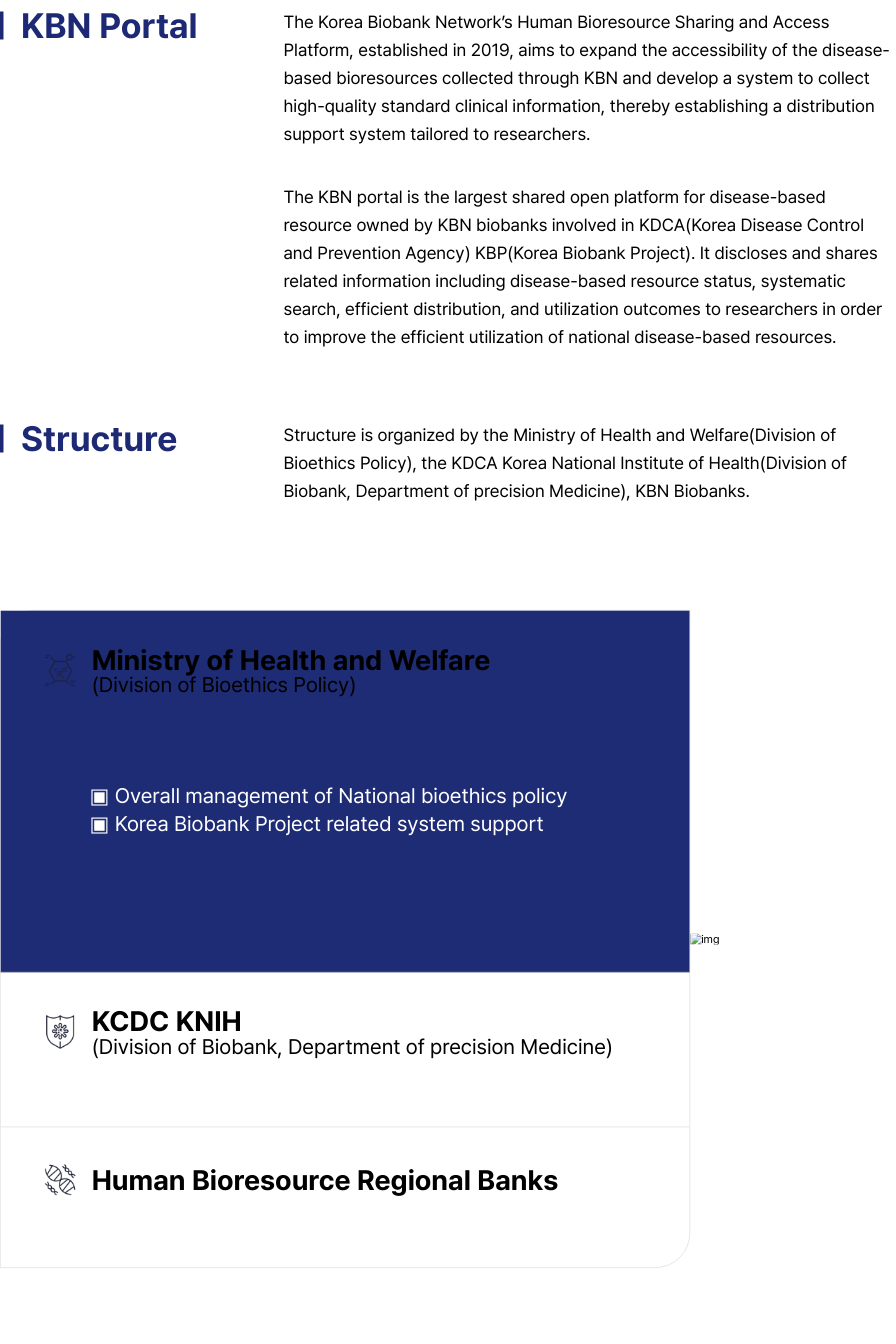
Repository: dlgywls1130/kbn_makedit
Page: index.html
The author's editor kept a copy of each file at every save. The page is drawn from the files as they stood at one save, then again after the next save.
The browser window is 1280 px wide. The pictures show the part of the page from y = 1108 to 3028 px (the page is 5507 px tall), at 70% of full size.
After loading, the first visible `div.accordion-item` was clicked once.
Some web libraries are served in a nearby version.

Above is the page before, as saved 2023-10-15 16:29:39.

### index.html
<!DOCTYPE html>
<html lang="en">
<head>
    <meta charset="UTF-8">
    <meta name="viewport" content="width=device-width, initial-scale=1.0">
    <title>KBN</title>

    <link rel="stylesheet" href="./css/reset.css">
    <link rel="stylesheet" href="./css/style.css">

    <!-- slick css -->
    <link rel="stylesheet"  type="text/css" href="./css/slick.css">

</head>
<body>

    <!-- header -->
    <header>
        <div class="header_wrapper">
            <div class="header_logo">
                <img src="./image/logo.png" alt="logo">
            </div>
            <ul class="nav_list">
                <li><a href="#about"> About us</a></li>
                <li><a href="#kbn">KBN</a></li>
                <li><a href="#sample">Sample status</a></li>
                <li><a href="#distribution">Distribution procedure</a></li>
                <li><a href="#biobanks">KBN Biobanks</a></li>
            </ul>
            <div class="header_en">
                <div class="en_icon">
                    <img src="./image/language.png" alt="icon">
                </div>
                <p>EN</p>
            </div>
        </div>

    </header>


    <!-- main banner -->
    <section>
        <div class="main_banner">
            <div class="slide_wrap">
                <div class="slide_list first-slide">
                    <div class="slide_content">
                        <h2 class="slide_title">
                            The Biggest Disease-based
                            <Br>Human Biobank Network of Korea
                        </h2>
                        <p class="slide_sub">
                            KBN, the largest biobank network in korea, collects, manages, and holds disease-based
                            <Br>human bioresources, i.e. various samples of more than 600,000 individuals.
                        </p>
                    </div>
                </div>
                <div class="slide_list second-slide">
                    <div class="slide_content">
                        <h2 class="slide_title">
                            KBN Distribution Support Center
                        </h2>
                        <p class="slide_sub">
                            The Center provides human bioresources, and clinical and epidemiological information
                            <Br> held by KBN biobanks nationwide and actively supports the distribution.

                        </p>
                    </div>
                </div>
                <div class="slide_list three-slide">

                    <div class="slide_content">
                        <h2 class="slide_title">
                            KBN Provides On-line Searching Database
                            <Br>and Operates Distribution Support Center
                        </h2>
                        <p class="slide_sub">
                            Researchers conduct KBN human bioresource search, while the distribution support
                            <Br>center provides services customized to individual users.
                        </p>
                    </div>
                </div>
            </div>
        </div>
    </section>

    <!-- about us -->
    <section id="about">
        <div class="about_wrap">
            <div class="content_width">
                <h2 class="section_title">About us</h2>
            </div>

            <div class="about-us">
                <div class="about_content">
                    <div class="content_list mb-100">
                        <div class="list_main">
                            KBN Portal
                        </div>
                        <div class="list_descript">
                            <p class="mb-50">The Korea Biobank Network’s Human Bioresource Sharing and Access Platform, established in 2019, aims
                            to expand the accessibility of the disease-based bioresources collected through KBN and develop a
                            system to collect high-quality standard clinical information, thereby establishing a distribution support
                            system tailored to researchers.</p>

                            <p>The KBN portal is the largest shared open platform for disease-based resource owned by KBN biobanks
                            involved in KDCA(Korea Disease Control and Prevention Agency) KBP(Korea Biobank Project).
                            It discloses and shares related information including disease-based resource status, systematic search,
                            efficient distribution, and utilization outcomes to researchers in order to improve the efficient utilization of
                            national disease-based resources.</p>
                        </div>
                    </div>
                    <div class="content_list">
                        <div class="list_main">
                            Structure
                        </div>
                        <div class="list_descript">
                            <p>Structure is organized by the Ministry of Health and Welfare(Division of Bioethics Policy), the KDCA Korea
                                National Institute of Health(Division of Biobank, Department of precision Medicine), KBN Biobanks.</p>
                        </div>
                    </div>
                </div>
                <div class="about_acodian">
                    <div class="acodian_list">
                        <div class="accordion-item">
                            <h3 class="title">
                                <div class="acodian_icon">
                                    <img src="./image/about_ico1.png" alt="icon">
                                </div>
                                <p>Ministry of Health and Welfare
                                    <span>(Division of Bioethics Policy)</span>
                                </p>

                            </h3>
                            <div class="paragraph">
                                <p>▣ Overall management of National bioethics policy</p>
                                <p>▣ Korea Biobank Project related system support</p>
                            </div>
                        </div>
                        <div class="accordion-item">
                            <h3 class="title">
                                <div class="acodian_icon">
                                    <img src="/image/about_ico2.png" alt="icon">
                                </div>
                                <p>KCDC KNIH
                                    <span>(Division of Biobank, Department of precision Medicine)</span>
                                </p>

                            </h3>
                            <div class="paragraph">
                                <p>▣ KBN management (National Biobank of Korea management)</p>
                                <p>▣ Collection, management, and distribution of large-scale population-based human bioresources </p>
                                <p>▣ Human bioresource management standardization and technology development</p>
                            </div>
                        </div>
                        <div class="accordion-item">
                            <h3 class="title">
                                <div class="acodian_icon">
                                    <img src="/image/about_ico3.png" alt="icon">
                                </div>
                                <p>Human Bioresource Regional Banks</p>

                            </h3>
                            <div class="paragraph">
                                <p>▣ Collection · management · distribution of disease-based human bioresources</p>
                                <p>▣ Organiztion and operation of Korea Biobank Council</p>
                            </div>
                        </div>
                    </div>
                    <div class="acodian_circle">
                        <img src="" alt="img">
                    </div>
                </div>
            </div>
        </div>

    </section>

    <!-- kbn -->

    <section id="kbn">
        <div class="kbn_wrap">
            <div class="content_width">
                <h2 class="section_title">KBN <span>(Korea Biobank Network)</span></h2>
            </div>
            <div class="kbn_content">
                <div class="content_list">
                    <div class="list_main">
                        Korea Biobank Project
                    </div>
                    <div class="list_descript">
                        <p>In 2021, Korea Biobank Project(KBP) Phase 4. The KBN reorganized as a pan-national system with the
                            selection of new biobank partners.
                            </p>

                        <p>The Phase 4 Project include initiative of collaborative subnetworks for specific disease-targeted future
                            biobanking(n=10) and biobank innovation consortia for biomedical and healthcare research(n=2).
                            </p>
                    </div>
                </div>
                <div class="kbn_guidance_wrap">

                </div>
            </div>
        </div>

    </section>

    <!-- sample -->

    <section id="sample">
        <div class="sample_wrap">
            <div class="content_width">
                <h2 class="section_title">Sample status <span>(as of December 31, 2022)</span></h2>
            </div>
            <div class="sample_content">
                <div class="sample_list">
                    <div class="sample_list_left">
                        <div class="sample_list_icon">
                            <img src="" alt="img">
                        </div>
                        <div class="sample_list_title">
                            Current Situation
                        </div>
                    </div>
                    <div class="sample_list_right">
                        <div class="right_span">
                            <span>participants</span>
                            <p>663,254</p>
                        </div>
                        <div class="right_span">
                            <span>vials</span>
                            <p>9,062,621</p>
                        </div>
                    </div>
                </div>
                <div class="sample_list">
                    <div class="sample_list_left">
                        <div class="sample_list_icon">
                            <img src="" alt="img">
                        </div>
                        <div class="sample_list_title">
                            Distribution
                        </div>
                    </div>
                    <div class="sample_list_right">
                        <div class="right_span">
                            <span>studies</span>
                            <p>3215</p>
                        </div>
                    </div>
                </div>
                <div class="sample_list">
                    <div class="sample_list_left">
                        <div class="sample_list_icon">
                            <img src="" alt="img">
                        </div>
                        <div class="sample_list_title">
                            Utilization
                        </div>
                    </div>
                    <div class="sample_list_right">
                        <div class="right_span">
                            <span>papers</span>
                            <p>948</p>
                        </div>
                        <div class="right_span">
                            <span>patents</span>
                            <p>116</p>
                        </div>
                    </div>
                </div>
            </div>
        </div>

    </section>

    <!-- Distribution  -->
    <section id="distribution">
        <div class="distribution_wrap">
            <div class="content_width">
                <h2 class="section_title white">Distribution procedure</h2>
            </div>
            <div class="distribution_about">
                <div class="content_list">
                    <div class="list_main">
                        Procedure
                    </div>
                    <div class="list_descript">
                        <p>KBN Human bioresources application procedure for distribution.</p>

                        <p>KBN distributes the collected human bioresources to researchers for domestic healthcare R&D.
                            For access to, researcher(s) residing in Korea and carrying out a research project that has obtained IRB
                            approval(or exemption) can apply for access to human bioresource distribution, and if approved by the
                            Access and Sharing Committee, the bioresources are released.
                        </p>
                    </div>
                </div>
                <div class="text_slide">

                </div>
            </div>
        </div>
    </section>

    <!-- Biobanks  -->
    <section id="biobanks">
        <div class="biobank_wrap">
            <div class="content_width">
                <h2 class="section_title">KBN Biobanks <span>- targeted diseases</span></h2>
            </div>
            <div class="biobank_content">
                <div class="biobank_tab">

                </div>

            </div>
        </div>

    </section>

    <!-- logo slide -->
    <section>
        <div class="logo_loop">

        </div>
    </section>

    <!-- footer -->
    <footer>
        <div class="footer_wrap">
            <div class="footer_left">
                <h3 class="footer_title">
                    CONTACT US
                </h3>

                <div class="footer_contain">
                    <ul>
                        <li class="footer_text">kbnysvc@gmail.com</li>
                        <li class="footer_phone">+82 -31-546-2715</li>
                        <li class="footer_text">Monday-Friday 8:30am ~ 5:30pm</li>
                        <li class="footer_text">(Saturday and Sunday, Holidays : ClOSED)</li>
                    </ul>
                    <ul>
                        <li><img src="" alt="icon"></li>
                        <li><img src="" alt="icon"></li>
                    </ul>
                </div>

                <p>Yongin Severance Hospital 363, Dongbaekjukjeon-daero, Giheung-gu, Yongin-si, Gyeonggi-do 16995, Republic of Korea</p>
            </div>

            <div class="footer_right">
                <div class="right_top">
                    <h3 class="footer_title">
                        SOCIAL LINKS
                    </h3>
                    <div class="footer_sns">
                        <a href="" class="link_sns">
                            <img src="" alt="sns">
                        </a>
                        <a href="" class="link_sns">
                            <img src="" alt="sns">
                        </a>
                        <a href="" class="link_sns">
                            <img src="" alt="sns">
                        </a>

                    </div>
                </div>
                <div class="right_bottom">
                    <h3 class="footer_title">
                        RELATED SITE
                    </h3>
                    <div class="link_site">
                        <a href="" class="site_link">
                            <img src="" alt="link">
                        </a>
                        <a href="" class="site_link">
                            <img src="" alt="link">
                        </a>

                    </div>
                </div>

            </div>
        </div>
        <div class="footer_copy">
            <p>YONSEI UNIVERSITY, YONGIN SEVERANCE HOSPITAL. ALL RIGHTS RESERVED </p>
            <div class="copy_right">
                <p>Personal information processing policy</p>
                <p>Terms and Conditions</p>
            </div>
        </div>
    </footer>


    <script type="text/javascript" src="//code.jquery.com/jquery-1.11.0.min.js"></script>
    <script src="./js/slick.min.js"></script>
    <script src="./js/main.js"></script>
</body>
</html>

### css/style.css
:root{
    --main-text:#1D2974;
    --black-text:#000;
}


/* common */

body{
    font-family: 'pretendard',sans-serif ;
}

/* font */
@font-face {
    font-family: pretendard;
    src: url('/font/Pretendard-Regular.woff2') format('woff2'),
    url('/font/Pretendard-Regular.woff') format('woff'),
    url('/font/Pretendard-Regular.ttf') format('ttf'),
    url('/font/Pretendard-Regular.otf') format('otf');
    font-weight: 400;
}

@font-face {
    font-family: pretendard;
    src: url('/font/Pretendard-Medium.woff2') format('woff2'),
    url('/font/Pretendard-Medium.woff') format('woff'),
    url('/font/Pretendard-Medium.ttf') format('ttf'),
    url('/font/Pretendard-Medium.otf') format('otf');
    font-weight: 500;
}

@font-face {
    font-family: pretendard;
    src: url('/font/Pretendard-Bold.woff2') format('woff2'),
    url('/font/Pretendard-Bold.woff') format('woff'),
    url('/font/Pretendard-Bold.ttf') format('ttf'),
    url('/font/Pretendard-Bold.otf') format('otf');
    font-weight: 700;
}


section{margin-bottom:150px;}

.section_title{
    font-size: 90px;
    font-weight: 700;
    line-height:40px;
    max-width: 1680px;
    width: 100%;
    margin: 0 auto;
}

.section_title span{
    font-weight: 300;
    font-size: 50px;
}

.content_width{
    width: 100%;
    height: 150px;
    background:url('/image/title_back.jpg');
    background-repeat: no-repeat;
    background-size:cover;
    margin-bottom: 100px;
    display: flex;
    align-items: center;
}

.content_list {
    display: flex;
    align-items: flex-start;
    justify-content: space-between;
}

.content_list .list_main{
    position: relative;
    width: 30%;
    font-size: 50px;
    font-weight: 700;
    color: var(--main-text);
    white-space: nowrap;
    padding-left: 30px;
}

.content_list .list_main::before{
    position: absolute;
    content: '';
    left: 0;
    top: 50%;
    transform: translate(0,-50%);
    height: 40px;
    width: 5px;
    background: var(--main-text);
}

.content_list .list_descript{
    width: 70%;
}

.content_list .list_descript p{
    font-size: 25px;
    font-weight: 300;
    line-height: 40px;
}


/* common margin */

.mb-50{margin-bottom: 50px;}
.mb-100{margin-bottom: 100px;}


/* header */

header{
    position: fixed;
    top: 0;
    left: 0;
    background: #fff;
    width: 100%;
    height: 138px;
    padding: 28px 0;
    box-sizing: border-box;
    z-index: 9;
}

.header_wrapper{
    max-width: 1680px;
    width: 100%;
    margin: 0 auto;
    display: flex;
    align-items: center;
    justify-content: space-between;
}

.header_logo{
    width: 250px;
    height: 80px;
}

.header_logo img{
    width: 100%;
    height: 100%;
    object-fit: contain;
}

.header_wrapper .nav_list{
    display: flex;
}

.header_wrapper .nav_list li{
    padding: 0 50px;
}

.header_wrapper .nav_list li a{
    font-size: 25px;
    font-weight: 500;
    line-height: 0.03em;
    text-decoration: none;
    color:var(--black-text);
}

.header_en{display: flex; align-items: center;}

.header_en .en_icon{
    width: 24px;
    height: 24px;
}

.header_en .en_icon img{
    width: 100%;
    height: 100%;
    object-fit: contain;
}

.header_en p{
    margin-left: 8px;
    font-size: 20px;
    font-weight: 700;
}

/* main_banner */

.slide_wrap .slide_list{
    width: 100%;
    height: 100vh;
    position: relative;
}

.slide_wrap .slide_list.first-slide{
    background: url('/image/main_slide1.jpg');
    background-repeat: no-repeat;
    background-position: right center;
    background-size: cover;
}

.slide_wrap .slide_list.second-slide{
    background: url('/image/main_slide2.jpg');
    background-repeat: no-repeat;
    background-position: center center;
    background-size: cover;
}

.slide_wrap .slide_list.three-slide{
    background: url('/image/main_slide3.jpg');
    background-repeat: no-repeat;
    background-position: left center;
    background-size: cover;
}

.slide_content{
width: 100%;
position: absolute;
right: 8%;
top: 40%;
transform: translate(0,-50%);
}

.slide_content .slide_title{
    font-size: 60px;
    font-weight: 700;
    color: #fff;
    letter-spacing: 0.07em;
    text-align: right;
}

.slide_content .slide_sub{
    font-size: 25px;
    font-weight: 400;
    color: #fff;
    letter-spacing: 0.04em;
    text-align: right;
    margin-top: 40px;
}

.slick-dots{
    display: flex!important;
    align-items: center;
    position: absolute;
    top: 65%;
    right: 8%;
    column-gap: 30px;
}

.slick-dots button {
    color: rgba(2255,255,255,0.45);
    background:none;
    border-bottom:5px solid rgba(255,255,255,0.45);
    font-size: 25px;
    font-weight: 700;
    padding-bottom: 15px;
    border-top: none;
    border-left: none;
    border-right: none;
    box-shadow: none;
    outline: none;
}

.slick-dots button:hover,
.slick-dots .slick-active button {
    border-bottom:5px solid rgba(255,255,255,1);
    color: rgba(255,255,255,1);
}

.slick-arrow{
position: absolute;
top: 55%;

}

.slick-next{
    right: 8%;
    transform: rotate(45deg);
}

.slick-prev{
    right: 10%;
    z-index: 1;
    transform: rotate(225deg);
}

.arrow{
    width: 30px; /* 사이즈 */
    height: 30px; /* 사이즈 */
    border-top: 8px solid #fff; /* 선 두께 */
    border-right: 8px solid #fff; /* 선 두께 */
}


/* about us */
.about-us{
    max-width: 1680px;
    margin: 0 auto;
}

.about_content{
    margin-bottom: 150px;
}

.about_acodian{
    display: flex;
    align-items: center;
}

.acodian_list{
    box-sizing: border-box;
    height: auto;
    border: 1px solid #DCDCDC;
    border-radius: 50px 0;
}

.accordion-item{
    padding: 50px 60px;
    border-bottom: 1px solid #DCDCDC;
}

.accordion-item:last-child{
    border-bottom: none;
}
.accordion-item .title{
 display: flex;
 align-items: center;
 padding-bottom: 50px;
 cursor: pointer;
}



.accordion-item .title p{
    font-size: 40px;
    font-weight: 700;
    color: #000;
    margin-left: 20px;
}

.accordion-item .title p span{
    font-size: 30px;
    font-weight: 300;
    display: block;
}

.accordion-item .acodian_icon{
    width: 50px;
    height: 50px;
}

.accordion-item .acodian_icon img{
    width: 100%;
    height: 100%;
}

.accordion-item .paragraph{
    display: none;
    font-size: 30px;
    font-weight: 300;
    line-height: 40px;
    color: #fff;
}

.accordion-item:nth-child(1).active{
    background-color: #1E2B75;
}

.accordion-item.active .title{
    color: #fff;
}

.accordion-item.active .paragraph {
    display: block;
    padding: 74px 114px 142px 67px;
}

Loaded but not shown: css/reset.css (common file); css/slick.css (common file); js/slick.min.js (library); js/main.js (33 lines, source omitted)

After the next save:
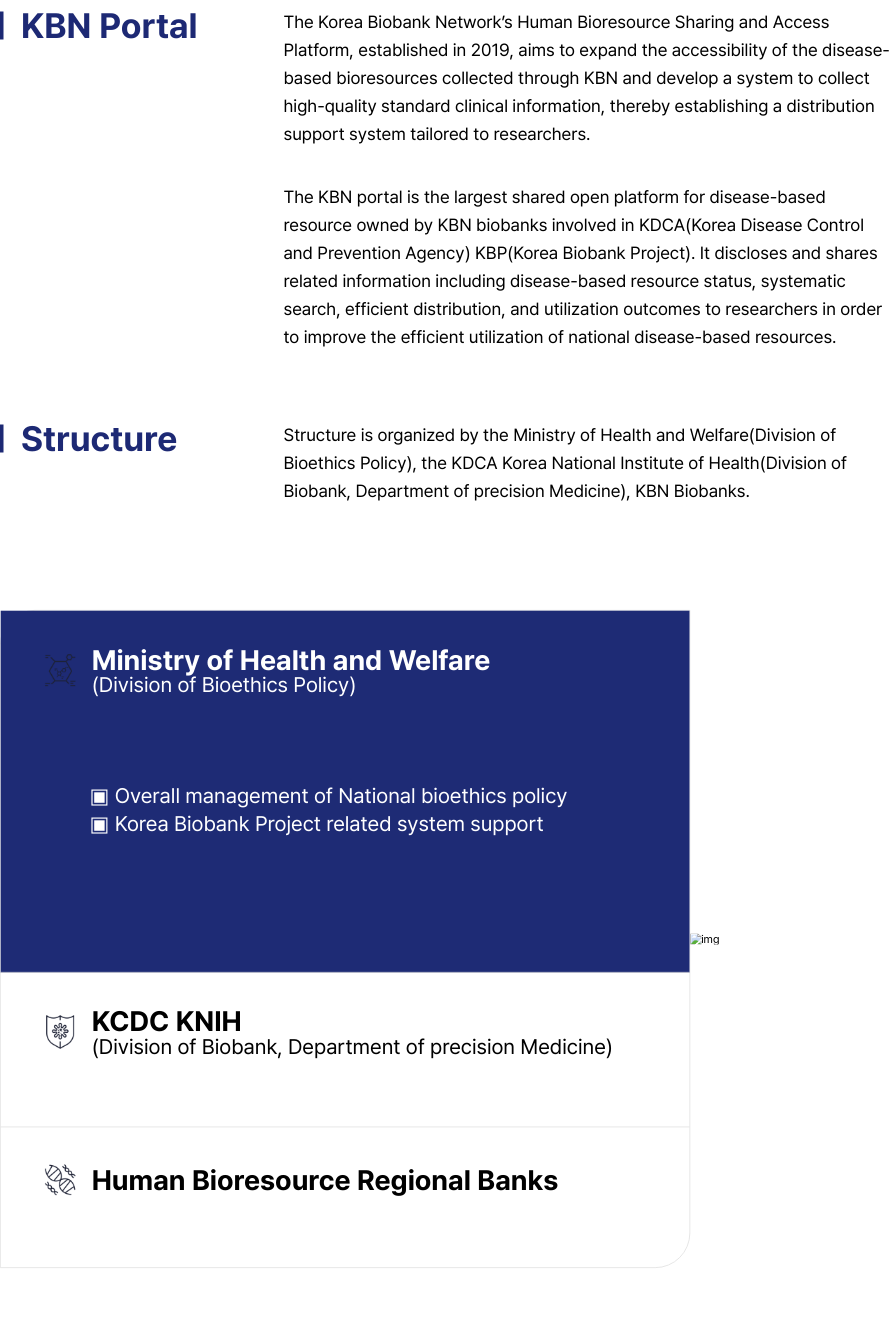
Saved 13 s later.
--- a/css/style.css
+++ b/css/style.css
@@ -361,7 +361,7 @@
     background-color: #1E2B75;
 }
 
-.accordion-item.active .title{
+.accordion-item.active .title p{
     color: #fff;
 }
 
